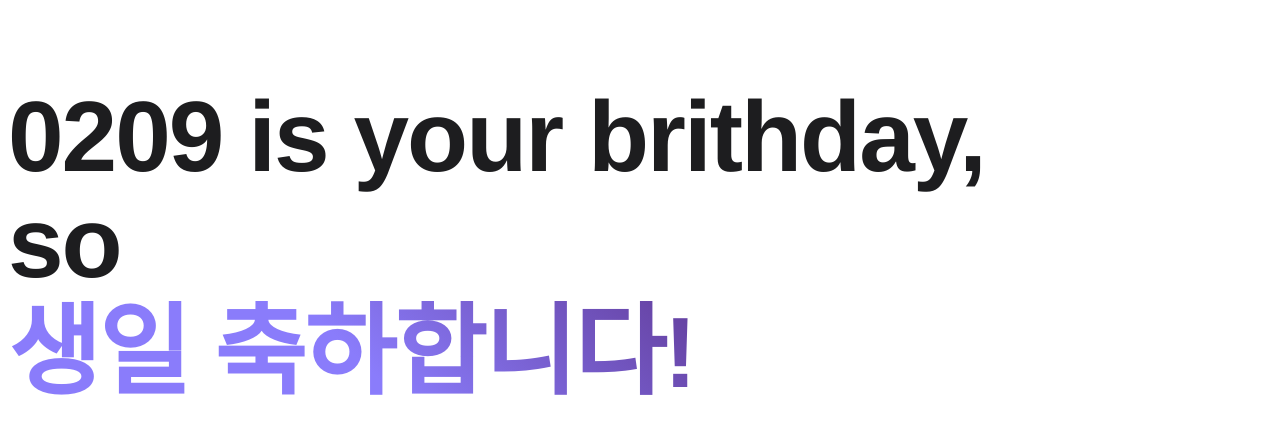
Repository: Caococos/02-09
Page: /
These files come from the project's save history. The page is drawn as it stood at one moment and after the next save; the edit follows.
The browser window is 1280 px wide. The pictures show the whole page.
The project was rebuilt for these pictures with package versions that can differ from the ones it lists, and the page was loaded fresh each time. Also part of the build but not shown: vue.config.js.

Above is the page before, as saved 2021-06-11 22:37:19.

### src/main.js
/*
 * @Descripttion:
 * @version: 1.0
 * @Author: Zhihaot1
 * @Date: 2021-06-11 21:03:51
 * @LastEditors: Zhihaot1
 * @LastEditTime: 2021-06-11 22:08:57
 */
import Vue from 'vue'
import App from './App.vue'
import router from './router'

Vue.config.productionTip = false
import "assets/css/index.css";
new Vue({
  router,
  render: h => h(App)
}).$mount('#app')

### src/App.vue
<!--
 * @Descripttion:
 * @version: 1.0
 * @Author: Zhihaot1
 * @Date: 2021-06-11 21:03:51
 * @LastEditors: Zhihaot1
 * @LastEditTime: 2021-06-11 21:30:25
-->
<template>
  <div id="app">
    <router-view />
  </div>
</template>

<style>
</style>

### src/router/index.js
/*
 * @Descripttion:
 * @version: 1.0
 * @Author: Zhihaot1
 * @Date: 2021-06-11 21:03:51
 * @LastEditors: Zhihaot1
 * @LastEditTime: 2021-06-11 21:34:08
 */
import Vue from 'vue'
import VueRouter from 'vue-router'
import Home from 'views/home/Home.vue'

Vue.use(VueRouter)

const routes = [
  {
    path: '',
    redirect: '/home'
  },
  {
    path: '/home',
    name: 'Home',
    component: Home
  },
  // {
  //   path: '/about',
  //   name: 'About',
  //   // route level code-splitting
  //   // this generates a separate chunk (about.[hash].js) for this route
  //   // which is lazy-loaded when the route is visited.
  //   component: () => import(/* webpackChunkName: "about" */ '../views/About.vue')
  // }
]

const router = new VueRouter({
  mode: 'history',
  base: process.env.BASE_URL,
  routes
})

export default router

### src/assets/css/index.css
:root {
  --offset: 6px;
}

### src/views/home/Home.vue
<template>
  <div class='home'>
    <font-swiper></font-swiper>
  </div>
</template>

<script>
import FontSwiper from 'views/home/childComps/FontSwiper';
export default {
  name: 'home',
  data() {
    return {

    }
  },
  components: {
    FontSwiper
  }
}
</script>

<style scoped>
</style>

### src/views/home/childComps/FontSwiper.vue
<!--
 * @Descripttion:
 * @version: 1.0
 * @Author: Zhihaot1
 * @Date: 2021-06-11 22:34:44
 * @LastEditors: Zhihaot1
 * @LastEditTime: 2021-06-11 22:35:27
-->
<template>
  <div class="font-swiper">
    <h2>0209 is your brithday, so
      <div class="mask">
        <span data-show>Happy birthday!</span>
        <span>С днем рождения!</span>
        <span>생일 축하합니다!</span>
        <span>誕生日おめでと!</span>
      </div>
    </h2>
  </div>
</template>

<script>

export default {
  name: 'FontSwiper',
  mounted() {
    this.move()
  },
  methods: {
    move() {
      setInterval(function () {
        const show = document.querySelector('span[data-show]')
        const next = show.nextElementSibling || document.querySelector('span:first-child')
        const up = document.querySelector('span[data-up]')

        if (up) {
          up.removeAttribute('data-up')
        }
        show.removeAttribute('data-show')
        show.setAttribute('data-up', '')

        next.setAttribute('data-show', '')
      }, 2000)
    }
  }
}
</script>
<style scoped>
h2 {
  width: 980px;
  font-size: 100px;
  font-family: Helvetica;
  line-height: 1.06;
  letter-spacing: -0.02em;
  color: #1d1d1f;
}

.mask {
  margin-top: var(--offset);
  height: 106px;
  position: relative;
  overflow: hidden;
}

.mask span {
  display: block;
  padding: var(--offset) 0;
  margin-top: 10px;
  box-sizing: border-box;
  position: absolute;
  top: 100px;

  background-size: 100% 100%;
  -webkit-background-clip: text;
  background-clip: text;
  -webkit-text-fill-color: transparent;
  background-repeat: no-repeat;
}

.mask span[data-show] {
  transform: translateY(-100%);
  transition: 0.5s transform ease-in-out;
}

.mask span[data-up] {
  transform: translateY(-200%);
  transition: 0.5s transform ease-in-out;
}

.mask span:nth-child(1) {
  background-image: linear-gradient(45deg, #0ecffe 50%, #07a6f1);
}

.mask span:nth-child(2) {
  background-image: linear-gradient(45deg, #18e198 50%, #0ec15d);
}

.mask span:nth-child(3) {
  background-image: linear-gradient(45deg, #8a7cfb 50%, #633e9c);
}

.mask span:nth-child(4) {
  background-image: linear-gradient(45deg, #fa7671 50%, #f45f7f);
}
</style>

Loaded but not shown: public/index.html (common file)

After the next save:
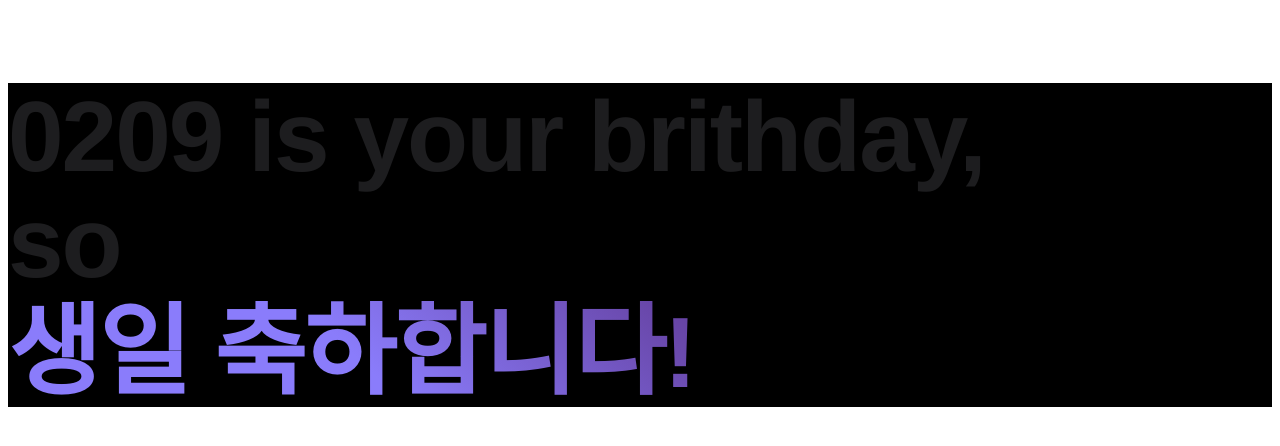
Saved 91 s later.
--- a/src/views/home/Home.vue
+++ b/src/views/home/Home.vue
@@ -20,4 +20,7 @@ export default {
 </script>
 
 <style scoped>
+.home {
+  background: #000;
+}
 </style>
